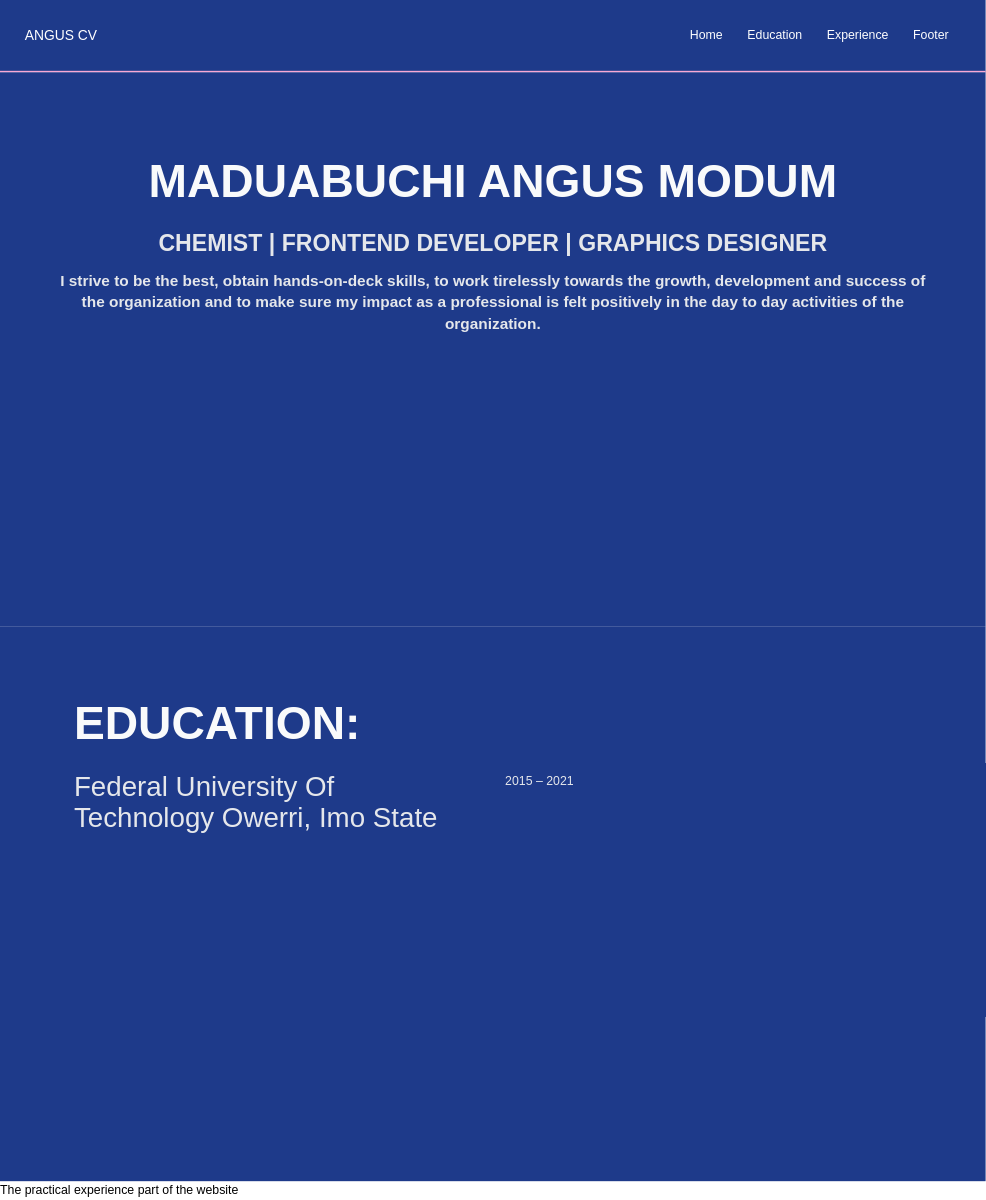
Repository: AngusOnyebuchi/AngusOnyebuchi.github.io
Page: /
An editor plug-in stored every save of this project. The page is shown before and after the next save, followed by the edit.
The browser window is 1280 px wide. The pictures show the whole page, at 77% of full size.
The project was rebuilt for these pictures with package versions that can differ from the ones it lists, and the page was loaded fresh each time.

Above is the page before, as saved 2022-04-17 19:24:08.

After the next save:
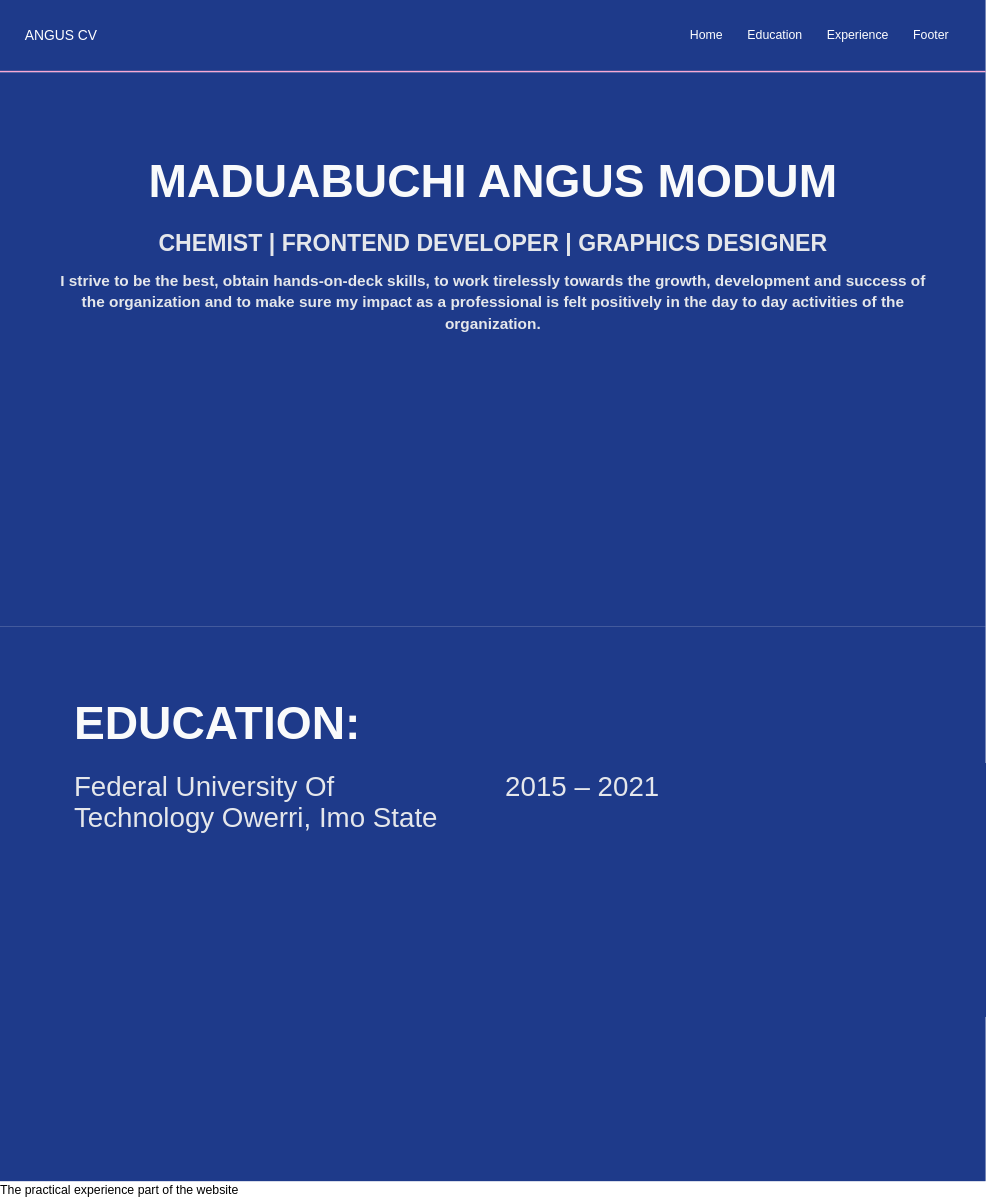
Saved 44 s later.
--- a/src/components/Education.js
+++ b/src/components/Education.js
@@ -5,8 +5,8 @@ export default function Education() {
         <div className="bg-blue-900 w-full h-screen text-gray-200">
             <h1 className="text-4xl md:text-6xl font-bold uppercase pt-24 text-left ml-24 text-gray-50">Education:</h1>
             <div className="grid grid-cols-2 gap-8 mx-16 p-8">
-                <h3 className="capitalize text-4xl mr-8">Federal university of technology owerri, Imo state</h3>
-                <h4>2015 – 2021</h4>
+                <h3 className="capitalize text-4xl ">Federal university of technology owerri, Imo state</h3>
+                <h4 className="capitalize text-4xl ">2015 – 2021</h4>
             </div>
         </div>
     )
